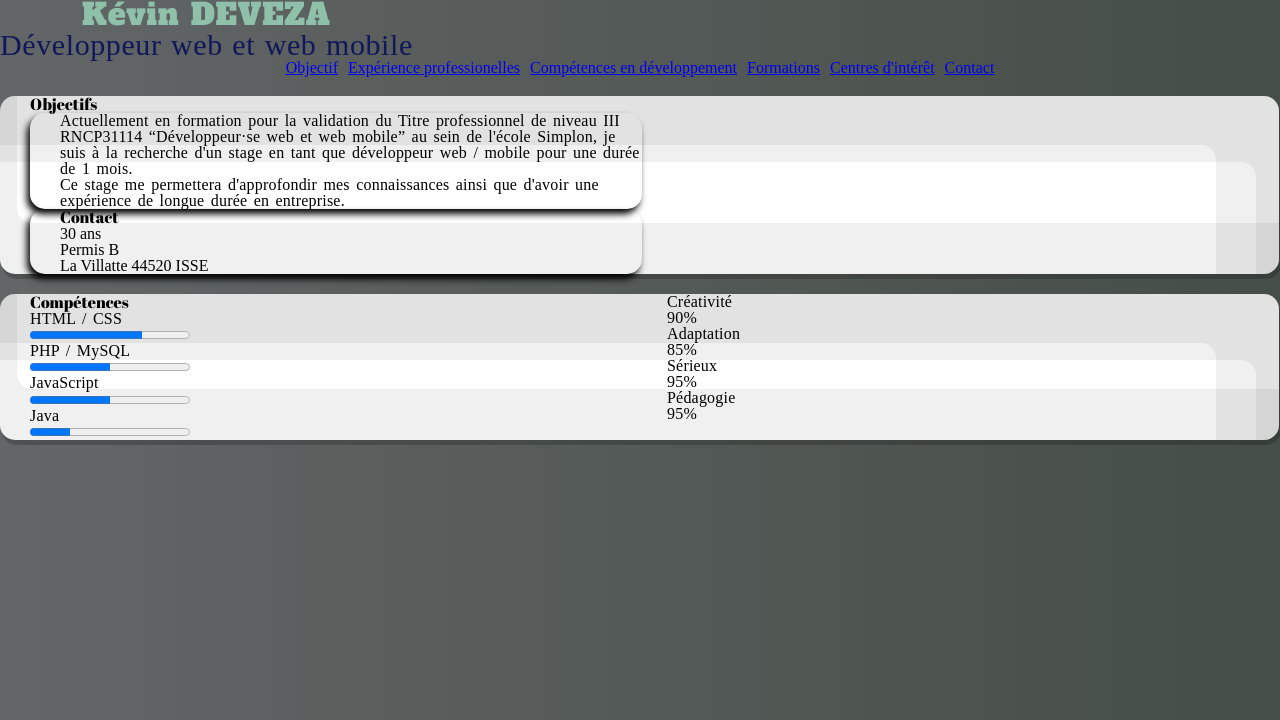
Repository: KevinDvZ/kevindvz.github.io
Page: index.html
The author's editor kept a copy of each file at every save. The page is drawn from the files as they stood at one save, then again after the next save.
The browser window is 1280 px wide. The pictures show the whole page.

Above is the page before, as saved 2020-10-28 07:21:07.

### index.html
<!DOCTYPE html>
<html>
    <!--HEADER-->
<head>
    <title id="nomprenom">DEVEZA Kevin - Développeur Web et Web mobile.</title>
        <meta charset="utf-8" />
        <meta name="description" contents="CV de Kévin DEVEZA, développeur web  et web mobile junior."/>
        <link rel="stylesheet" href="css/cv_deveza.css" />
        <link rel="stylesheet" href="css/reset.css"/>
        <link href="https://fonts.googleapis.com/css2?family=Alfa+Slab+One&display=swap" rel="stylesheet">
        <link href="https://fonts.googleapis.com/css2?family=Abril+Fatface&display=swap" rel="stylesheet">
</head>

<body>

<header>

    <div class="text-center">
         <h1 id="nomprenom">Kévin DEVEZA</h1>
         <p id="metier">Développeur web et web mobile</p>
    </div>
</header>

<nav>
        <a class="menu" href="#intro">Objectif</a>
        <a class="menu" href="#experience">Expérience professionelles</a>
        <a class="menu" href="#langages">Compétences en développement</a>
        <a class="menu" href="#formations">Formations</a>
        <a class="menu" href="#interets">Centres d'intérêt</a>
        <a class="menu" href="#contact">Contact</a>
</nav>

<main>
<section class="intro">
    <div id="Objectif">
        <h2 class="entete">Objectifs</h2>
        <div class="objectif_cadre">
        <p>Actuellement en formation pour la validation du Titre professionnel de niveau III RNCP31114  “Développeur·se web et web mobile” au sein de l'école Simplon, je suis à la recherche d'un stage en tant que développeur web / mobile pour une durée de 1 mois.</p>
    <p>Ce stage me permettera d'approfondir mes connaissances ainsi que d'avoir une expérience de longue durée en entreprise.</p>

    </div>

    <div id="adress" class="objectif_cadre">



      <h2 class="entete">Contact</h2>

        <h3>30 ans</h3>
        <h3>Permis B</h3>
        <address>La Villatte 44520 ISSE</address>

    </div>



</section>

<div class="intro">

<div id="langages">
        <h2 class="entete">Compétences</h2>
        <p>HTML / CSS<p>
        <progress id="file" max="100" value="70"> 70% </progress>
        <p>PHP / MySQL</p>
        <progress id="file" max="100" value="50"> 50% </progress>
        <p>JavaScript</p>
        <progress id="file" max="100" value="50"> 30% </progress>
        <p>Java<p>
        <progress id="file" max="100" value="25"> 25% </progress>
        </div>
<div id="Compétences">

                    <p>Créativité</p>
                    <p>90%</p>
                    <p>Adaptation</p>
                    <p>85%</p>
                    <p>Sérieux</p>
                    <p>95%</p>
                    <p>Pédagogie</p>
                    <p>95%</p>
</div>

</div>

</main>
<body>
</html>

### css/cv_deveza.css
header {
  display: block;
}

#hcol2 {
  background: #696d7d;
  -moz-background-clip: -0.4;
  text-align: center;
}

.text-center {
  display: inline-block;
  text-align: center;
  margin: 0 auto;
}

#nomprenom {
  font-family: "Alfa Slab One", cursive;
  font-size: 30px;
  letter-spacing: 0.8px;
  word-spacing: 1.4px;
  color: #8fc0a9;
}

#metier {
  font-size: 30px;
  letter-spacing: 0.6px;
  word-spacing: 1.4px;
  color: #10175a;
  margin-bottom: auto;
}

#junior {
  margin-top: 3px;
}

nav {
  display: inline-block;
  text-align: center;
  width: 100%;
}
p {
  font-family: Georgia, serif;
  font-size: 14px;
  letter-spacing: 0.2px;
  word-spacing: 2.2px;
  color: #000000;
  font-weight: 400;
  text-decoration: rgb(68, 68, 68);
  font-style: normal;
  font-variant: normal;
  text-transform: none;
}

.menu {
  margin: 3px 3px 3px 3px;
}

body {
  background: rgb(2, 0, 36);
  background: linear-gradient(
    90deg,
    rgba(2, 0, 36, 1) 0%,
    rgba(98, 102, 103, 1) 0%,
    rgba(70, 78, 72, 1) 98%
  );
}

.entete {
  font-family: "Abril Fatface", cursive;
  display: inline;
  vertical-align: baseline;
}

.objectif_cadre {
  -webkit-box-shadow: -3px 5px 7px 0px #000000;
  box-shadow: -3px 5px 7px 0px #000000;
  display: block;
  padding-left: 30px;
  border-radius: 15px;
}

.intro {
  margin: 20px 1px 0px 0px;
  display: grid;
  grid-template-columns: 1fr 1fr;
  grid-template-rows: 1fr;
  gap: 1% 25px;

  padding-left: 30px;
  border-radius: 15px;
  background: #ffffff;
  -webkit-box-shadow: -23px 66px rgba(0, 0, 0, 0.06) inset,
    -63px 49px rgba(0, 0, 0, 0.06) inset, 17px -51px rgba(0, 0, 0, 0.06) inset,
    2px 5px rgba(0, 0, 0, 0.2);
  box-shadow: -23px 66px rgba(0, 0, 0, 0.06) inset,
    -63px 49px rgba(0, 0, 0, 0.06) inset, 17px -51px rgba(0, 0, 0, 0.06) inset,
    2px 5px rgba(0, 0, 0, 0.2);
}

li {
  list-style: square;
}

#competences {
  background-color: aqua;
  float: left;
}

aside {
  float: left;
}

.svg-icon1 {
  width: 3em;
  height: 3em;
  vertical-align: sub;
}

.svg-icon1 path,
.svg-icon1 polygon,
.svg-icon1 rect {
  fill: #4691f6;
}

.svg-icon1 circle {
  stroke: #4691f6;
  stroke-width: 1;
}

.svg-icon2 {
  width: 3em;
  height: 3em;
  vertical-align: sub;
}

.svg-icon2 path,
.svg-icon2 polygon,
.svg-icon2 rect {
  fill: #4691f6;
}

.svg-icon2 circle {
  stroke: #4691f6;
  stroke-width: 1;
}

.svg-icon3 {
  width: 1em;
  height: 1em;
  vertical-align: sub;
}

.svg-icon3 path,
.svg-icon3 polygon,
.svg-icon3 rect {
  fill: #4691f6;
}

.svg-icon3 circle {
  stroke: #4691f6;
  stroke-width: 1;
}

Loaded but not shown: css/reset.css (common file)

After the next save:
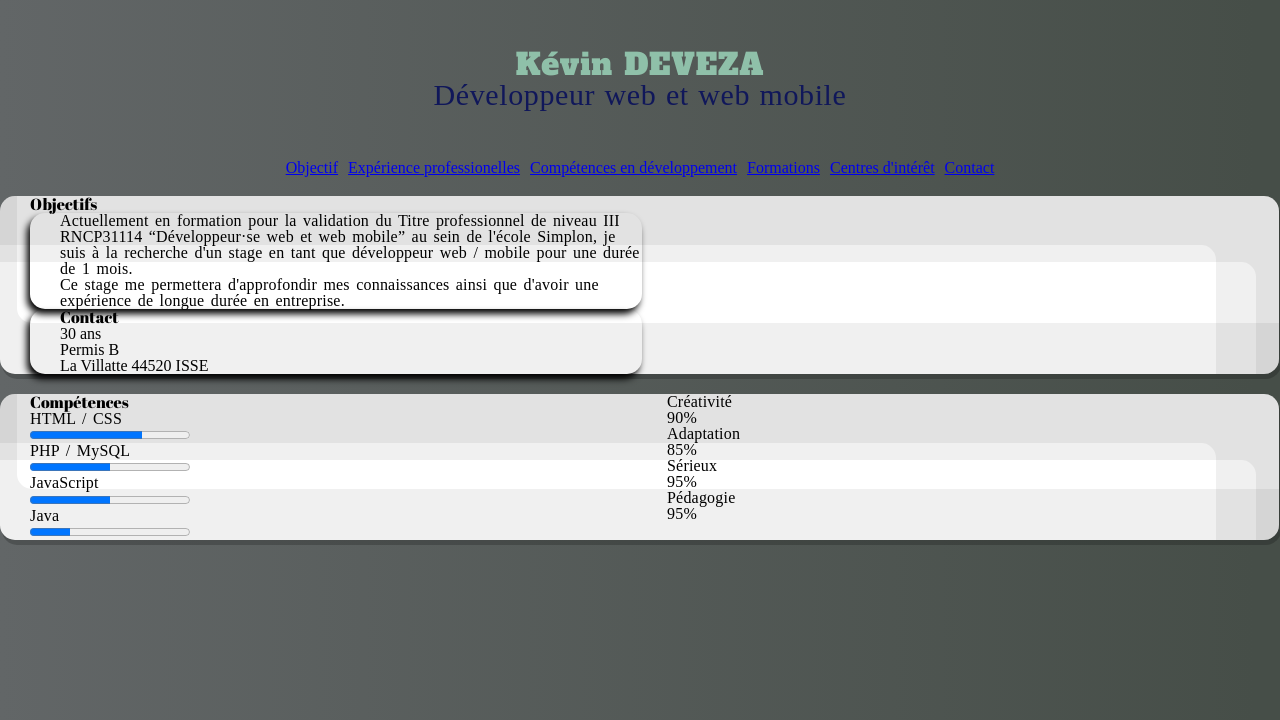
Saved 86 s later.
--- a/css/cv_deveza.css
+++ b/css/cv_deveza.css
@@ -1,17 +1,12 @@
 header {
-  display: block;
-}
-
-#hcol2 {
-  background: #696d7d;
-  -moz-background-clip: -0.4;
+  padding: 30px;
   text-align: center;
 }
 
 .text-center {
   display: inline-block;
   text-align: center;
-  margin: 0 auto;
+  padding: 50px;
 }
 
 #nomprenom {
